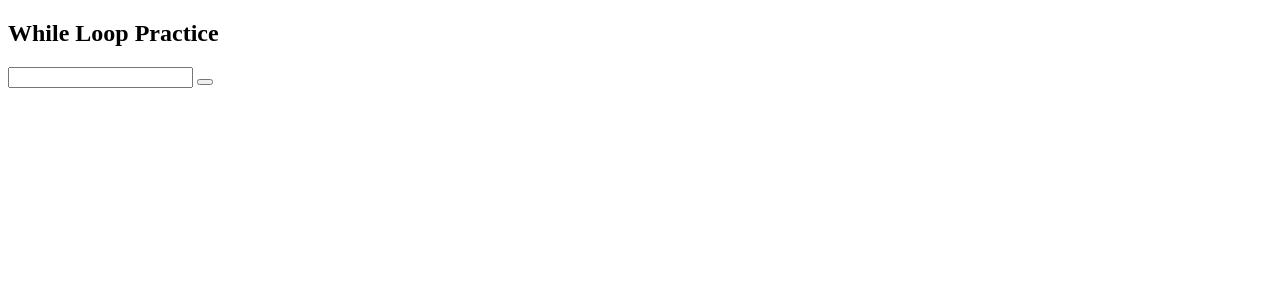
Repository: GorkemTurhan89/jsTutorial
Page: 31-looppractice.html
These files come from the project's save history. The page is drawn as it stood at one moment and after the next save; the edit follows.
The browser window is 1280 px wide. The pictures show the whole page.

Above is the page before, as saved 2024-06-15 19:47:36.

After the next save:
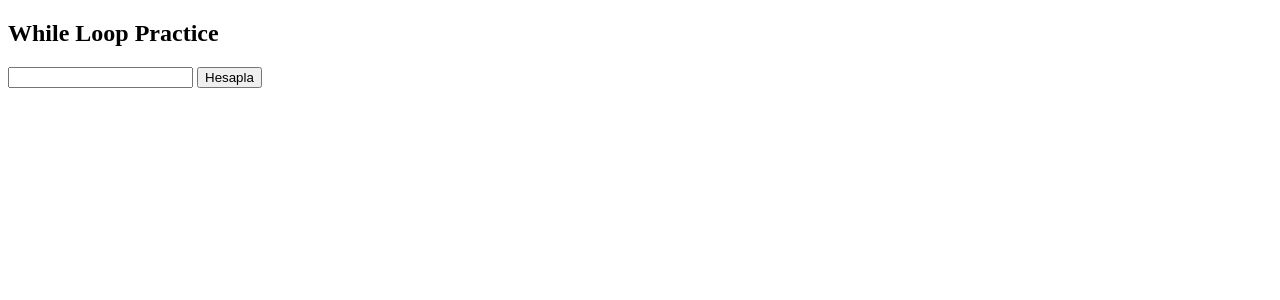
Saved 6 s later.
--- a/31-looppractice.html
+++ b/31-looppractice.html
@@ -10,6 +10,6 @@
 
     <input type="number" name="sayi" id="sayim">
 
-    <button onclick="hesapla()"></button>
+    <button onclick="hesapla()">Hesapla</button>
 </body>
 </html>
